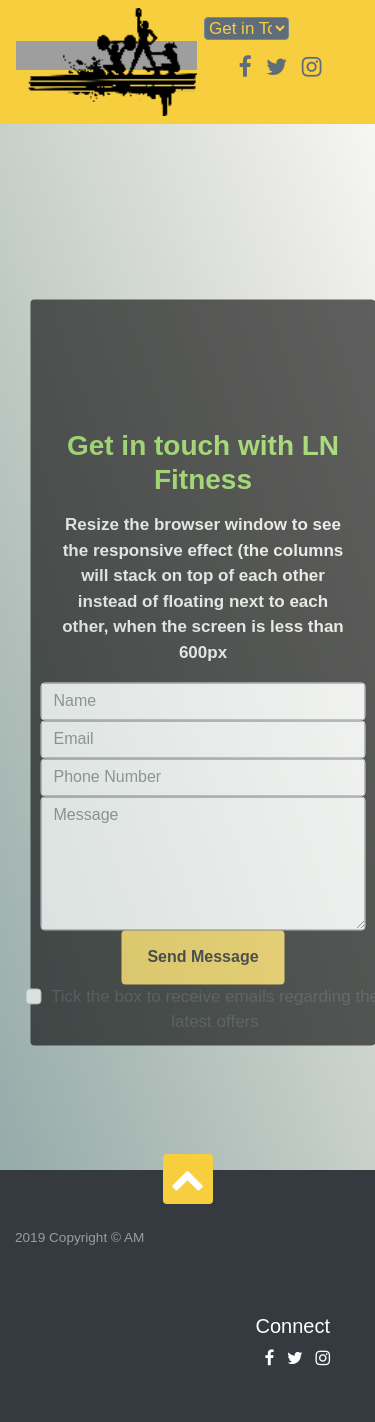
Repository: murphya14/Fitness-webpage
Page: get-in-touch.html
The author's editor kept a record of every edit. The page is drawn from the files as they stood at one moment, then again after the next edit.
The browser window is 375 px wide. The pictures show the whole page.
Pictures or frames that could not be fetched are drawn as grey boxes. Some web libraries are served in a nearby version.

Above is the page before.

After the next edit:
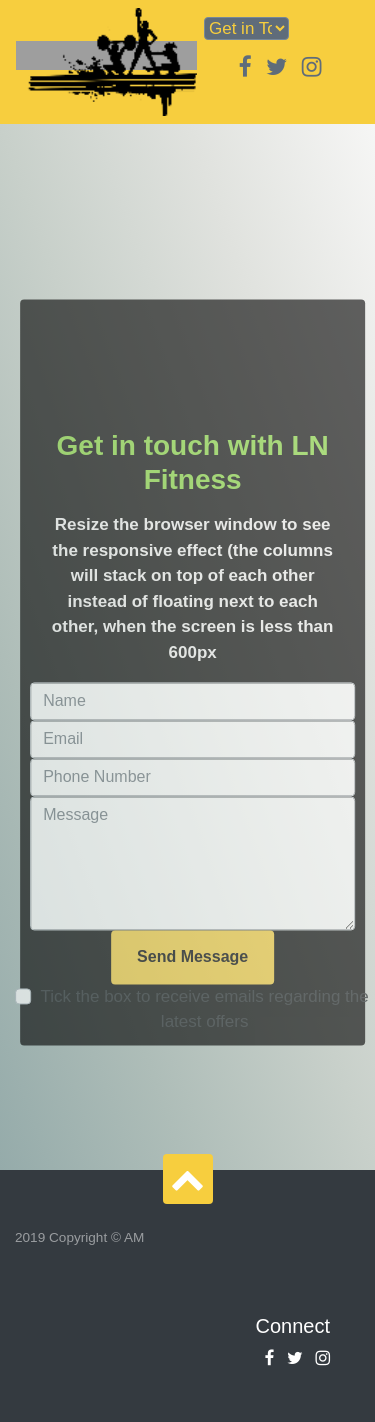
The edit:
--- a/assets/css/style.css
+++ b/assets/css/style.css
@@ -512,7 +512,7 @@
 
 
 
-iframe {display:none;
+iframe {display:none;}
 
 
 
